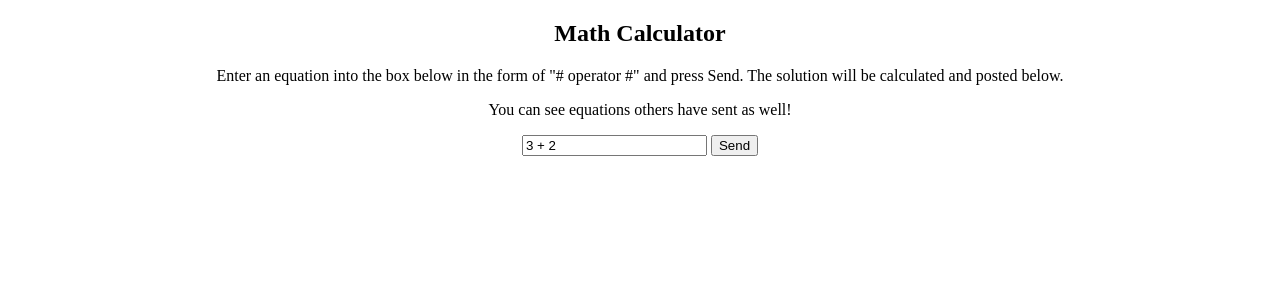
Repository: robinexcalibur/BasicMathServer
Page: EclipseMathWebServer/MathWebServer/WebContent/index.html
The author's editor kept a copy of each file at every save. The page is drawn from the files as they stood at one save, then again after the next save.
The browser window is 1280 px wide. The pictures show the whole page.
The page's requests for data from a server got no answer.

Above is the page before, as saved 2020-05-27 18:54:37.

### EclipseMathWebServer/MathWebServer/WebContent/index.html
<!DOCTYPE html>
<html>
<head>
	<title>Chat Web App</title>

	<script>
	    var messagesWaiting = false;
	    function getMessages(){
	        if(!messagesWaiting){
	            messagesWaiting = true;
	            var xmlhttp = new XMLHttpRequest();
	            xmlhttp.onreadystatechange=function(){
	                if (xmlhttp.readyState==4 && xmlhttp.status==200) {
	                    messagesWaiting = false;
	                    document.getElementById("chats").innerHTML = xmlhttp.responseText;
	                }
	            }
	            xmlhttp.open("GET", "/MathWebServer/math");
	            xmlhttp.send();
	        }
	    }
	    setInterval(getMessages, 1000);


		function postChat(){
			var ajaxPostRequest = new XMLHttpRequest();
			ajaxPostRequest.open("POST", "/MathWebServer/math");
			ajaxPostRequest.setRequestHeader("Content-type", "application/x-www-form-urlencoded");
			var equation = document.getElementById('equation').value
			ajaxPostRequest.send("equation=" + encodeURIComponent(equation));
		}

	</script>
</head>
<body onload="getMessages()">
	<center>
	<h2>Math Calculator</h2>
	<p>Enter an equation into the box below in the form of "# operator #" and press Send. The solution will be calculated and posted below.</p>
	<p>You can see equations others have sent as well!</p>
	<input id="equation" type="text" name="equation" value="3 + 2">
	<input type="submit" value="Send" onclick="postChat()">

	<div id="chats"></div>
	</center>

</body>
</html>

After the next save:
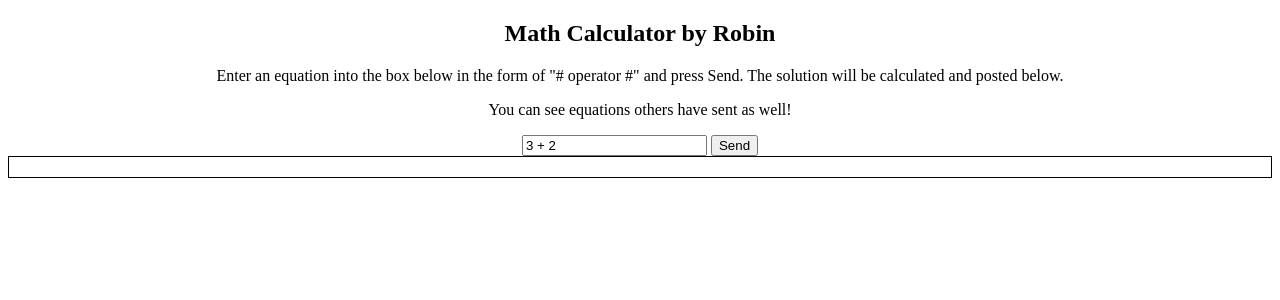
Console error: ReferenceError: getMessages is not defined
Saved 4 min 50 s later.
--- a/EclipseMathWebServer/MathWebServer/WebContent/index.html
+++ b/EclipseMathWebServer/MathWebServer/WebContent/index.html
@@ -1,46 +1,46 @@
 <!DOCTYPE html>
 <html>
 <head>
-	<title>Chat Web App</title>
+	<title>Simple Math Calculator</title>
 
 	<script>
 	    var messagesWaiting = false;
-	    function getMessages(){
+	    function getEquations(){
 	        if(!messagesWaiting){
 	            messagesWaiting = true;
 	            var xmlhttp = new XMLHttpRequest();
 	            xmlhttp.onreadystatechange=function(){
 	                if (xmlhttp.readyState==4 && xmlhttp.status==200) {
 	                    messagesWaiting = false;
-	                    document.getElementById("chats").innerHTML = xmlhttp.responseText;
+	                    document.getElementById("equa").innerHTML = xmlhttp.responseText;
 	                }
 	            }
 	            xmlhttp.open("GET", "/MathWebServer/math");
 	            xmlhttp.send();
 	        }
 	    }
-	    setInterval(getMessages, 1000);
+	    setInterval(getMessages, 500);
 
 
 		function postChat(){
-			var ajaxPostRequest = new XMLHttpRequest();
-			ajaxPostRequest.open("POST", "/MathWebServer/math");
-			ajaxPostRequest.setRequestHeader("Content-type", "application/x-www-form-urlencoded");
+			var post = new XMLHttpRequest();
+			post.open("POST", "/MathWebServer/math");
+			post.setRequestHeader("Content-type", "application/x-www-form-urlencoded");
 			var equation = document.getElementById('equation').value
-			ajaxPostRequest.send("equation=" + encodeURIComponent(equation));
+			post.send("equation=" + encodeURIComponent(equation));
 		}
 
 	</script>
 </head>
-<body onload="getMessages()">
+<body onload="getEquations()">
 	<center>
-	<h2>Math Calculator</h2>
+	<h2>Math Calculator by Robin</h2>
 	<p>Enter an equation into the box below in the form of "# operator #" and press Send. The solution will be calculated and posted below.</p>
 	<p>You can see equations others have sent as well!</p>
 	<input id="equation" type="text" name="equation" value="3 + 2">
 	<input type="submit" value="Send" onclick="postChat()">
 
-	<div id="chats"></div>
+	<div id="equa" style="padding:10px; border: 1px solid black;"></div>
 	</center>
 
 </body>

After the 2 saves that followed:
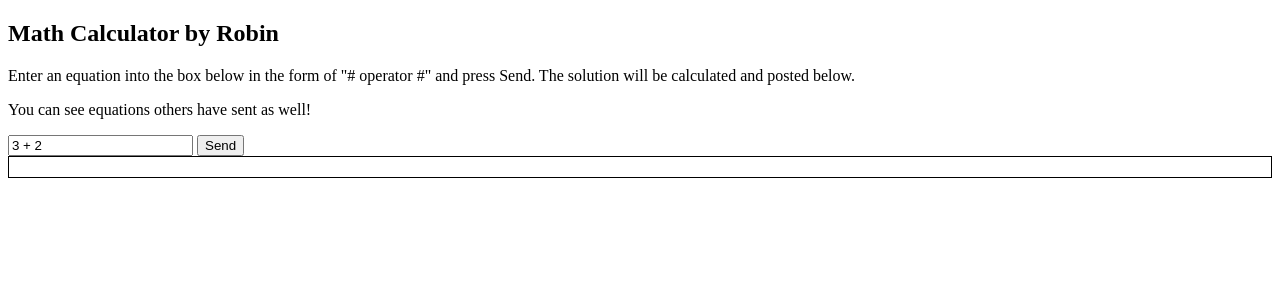
The error is gone.
The 2 saves are shown as one change because 1 left the picture as it was.
The last was saved 2 min 34 s later.
--- a/EclipseMathWebServer/MathWebServer/WebContent/index.html
+++ b/EclipseMathWebServer/MathWebServer/WebContent/index.html
@@ -4,25 +4,25 @@
 	<title>Simple Math Calculator</title>
 
 	<script>
-	    var messagesWaiting = false;
+	    var messageWaiting = false;
 	    function getEquations(){
-	        if(!messagesWaiting){
-	            messagesWaiting = true;
-	            var xmlhttp = new XMLHttpRequest();
-	            xmlhttp.onreadystatechange=function(){
-	                if (xmlhttp.readyState==4 && xmlhttp.status==200) {
-	                    messagesWaiting = false;
-	                    document.getElementById("equa").innerHTML = xmlhttp.responseText;
+	        if(!messageWaiting){
+	            messageWaiting = true;
+	            var request = new XMLHttpRequest();
+	            request.onreadystatechange=function(){
+	                if (request.readyState==4 && request.status==200) {
+	                    messageWaiting = false;
+	                    document.getElementById("equa").innerHTML = request.responseText;
 	                }
 	            }
-	            xmlhttp.open("GET", "/MathWebServer/math");
-	            xmlhttp.send();
+	            request.open("GET", "/MathWebServer/math");
+	            request.send();
 	        }
 	    }
-	    setInterval(getMessages, 500);
+	    setInterval(getEquations, 500);
 
 
-		function postChat(){
+		function postEquation(){
 			var post = new XMLHttpRequest();
 			post.open("POST", "/MathWebServer/math");
 			post.setRequestHeader("Content-type", "application/x-www-form-urlencoded");
@@ -33,15 +33,13 @@
 	</script>
 </head>
 <body onload="getEquations()">
-	<center>
 	<h2>Math Calculator by Robin</h2>
 	<p>Enter an equation into the box below in the form of "# operator #" and press Send. The solution will be calculated and posted below.</p>
 	<p>You can see equations others have sent as well!</p>
 	<input id="equation" type="text" name="equation" value="3 + 2">
-	<input type="submit" value="Send" onclick="postChat()">
+	<input type="submit" value="Send" onclick="postEquation()">
 
 	<div id="equa" style="padding:10px; border: 1px solid black;"></div>
-	</center>
 
 </body>
 </html>
